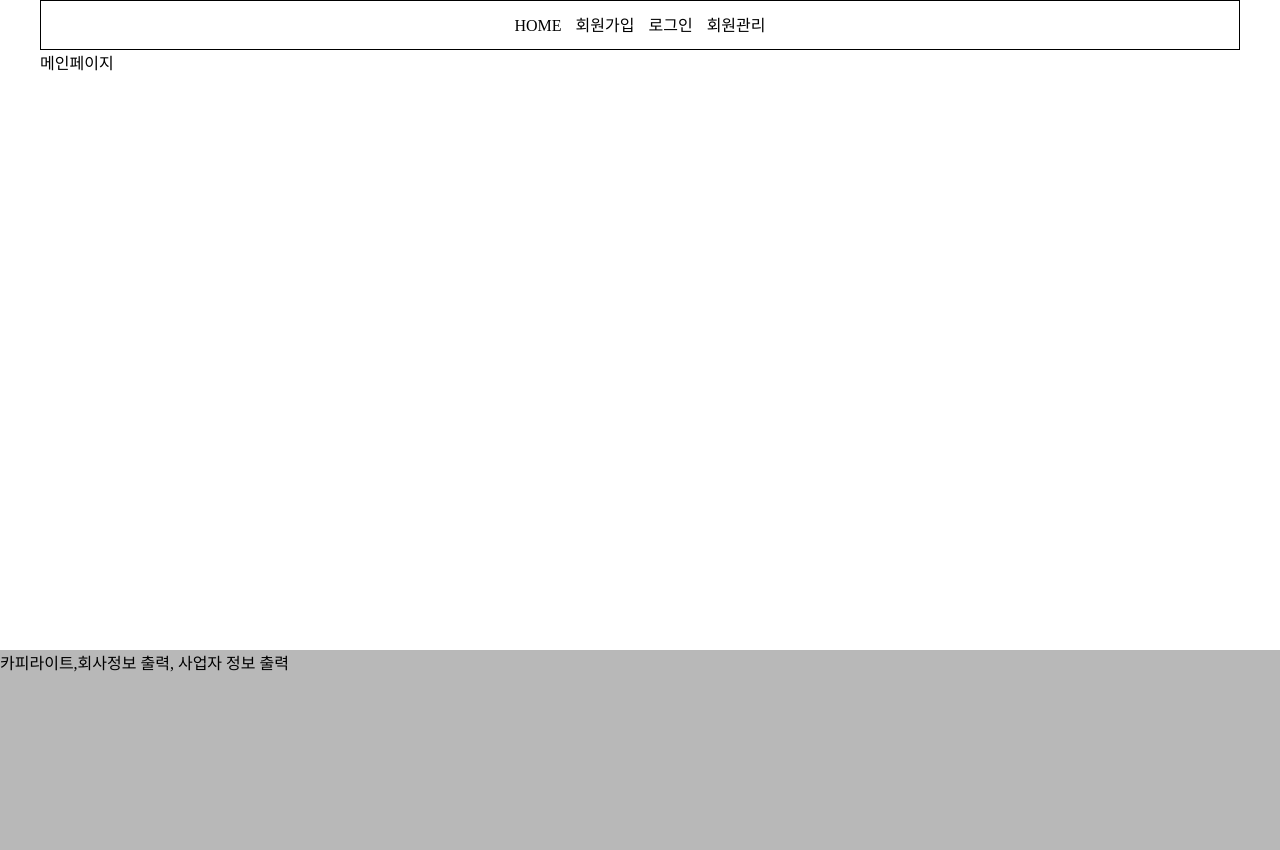
Repository: ceooyh/JSP
Page: http://localhost/step02/test.jsp
An editor plug-in stored every save of this project. The page is shown before and after the next save, followed by the edit.
The browser window is 1280 px wide. The pictures show the whole page.
The page is served by Tomcat 9. Other server files are loaded and not shown.

Above is the page before, as saved 2020-12-29 06:03:06.

### step02/WebContent/test.jsp
<%@ page language="java" contentType="text/html; charset=UTF-8"
    pageEncoding="UTF-8"%>
<!DOCTYPE html>
<html>
<head>
	<meta charset="UTF-8">
	<title>Insert title here</title>
	<style type="text/css">
		*{
			padding: 0;
			margin: 0;
		}
		nav{
			width: 1200px;
			margin: 0 auto;
			border: 1px solid black;
			height: 50px;
			padding-top:6px;
			box-sizing: border-box;
		}
		ul{
			text-align: center;
		}
		li{
			list-style-type: none;
			display: inline-block;
			margin: 5px;
		}
		section{
			width: 1200px;
			margin: 0 auto;
			height:600px;
		}
		footer{
			width: 100%;
			height: 200px;
			background-color:#b8b8b8;
		}
	</style>
</head>
<body>
	<nav>
		<ul>
			<li>HOME</li>
			<li>회원가입</li>
			<li>로그인</li>
			<li>회원관리</li>
		</ul>
	</nav>
	<section>
		메인페이지
	</section>
	<footer>
		카피라이트,회사정보 출력, 사업자 정보 출력
	</footer>
</body>
</html>

After the next save:
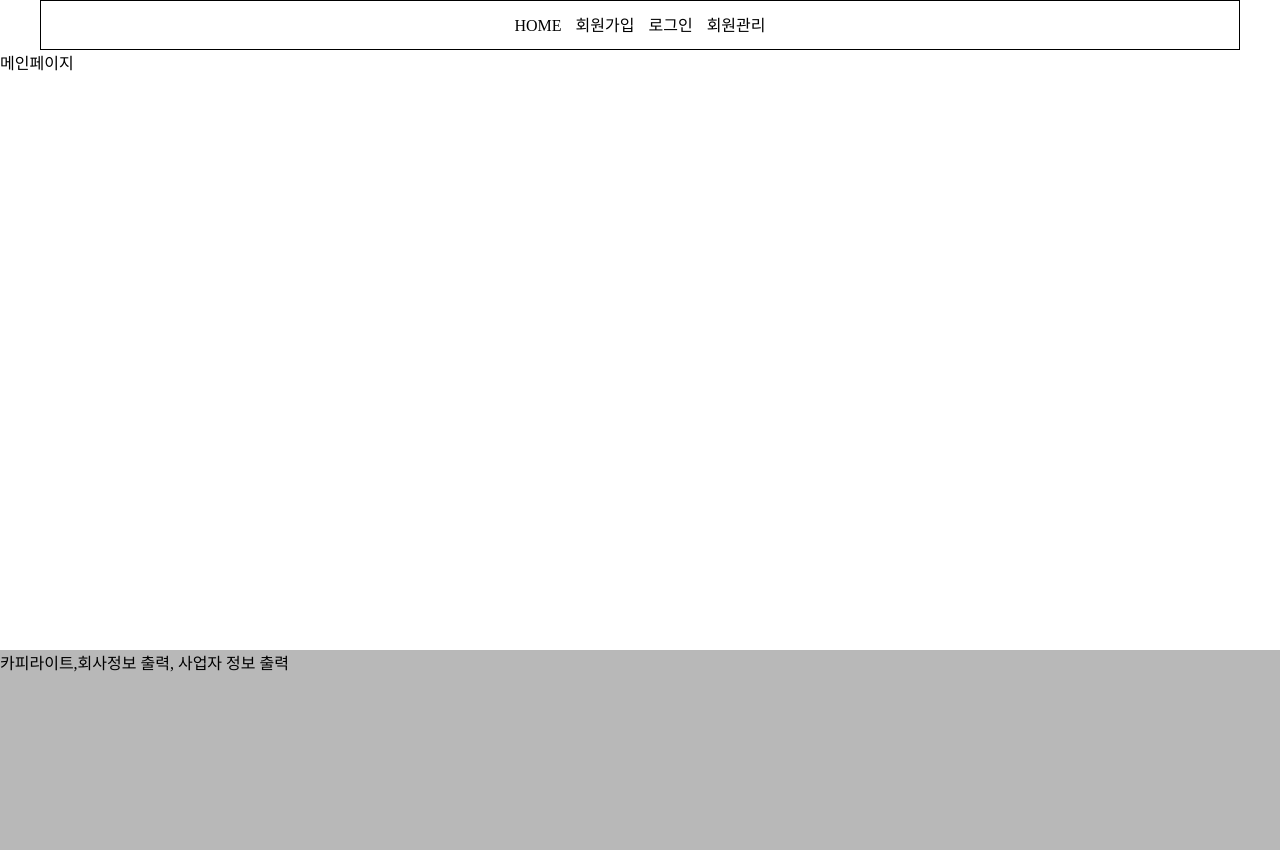
Saved 10 s later.
--- a/step02/WebContent/test.jsp
+++ b/step02/WebContent/test.jsp
@@ -27,7 +27,7 @@
 			margin: 5px;
 		}
 		section{
-			width: 1200px;
+			width: 100%;
 			margin: 0 auto;
 			height:600px;
 		}
